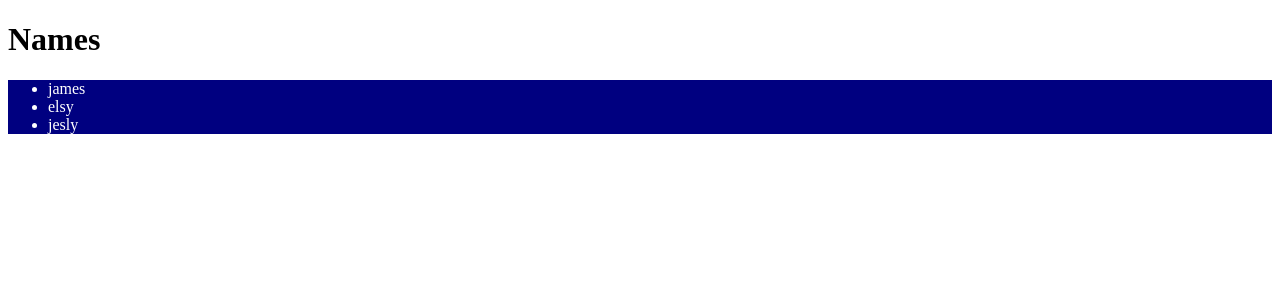
Repository: Sahanaranjith/php_projectgh
Page: http://localhost/names.php
These files come from the project's save history. The page is drawn as it stood at one moment and after a run of saves; the edit follows.
The browser window is 1280 px wide. The pictures show the whole page.
The page is run by PHP 8.4 with error messages shown; the project is at /var/www/html/.

Above is the page before, as saved 2022-12-14 12:58:32.

### names.php
<?php
$names=['james','elsy', 'jesly',];
?>


<!DOCTYPE html>
<html lang="en">
<head>
    <meta charset="UTF-8">
    <meta http-equiv="X-UA-Compatible" content="IE=edge">
    <meta name="viewport" content="width=device-width, initial-scale=1.0">
    <title>Document</title>
    <style>
        .some-names{
            background-color: navy;
            color: white;
        }
        .more-names{
            background-color: gray;
        }
    </style>
</head>
<body class="">
    <h1>Names</h1>
    <ul class="<?= count($names)> 3 ? 'more-names' : 'some-names' ?>">
        <?php foreach($names as $name){?>
            <li><?=$name ?></li>
            <?php }  ?>


    </ul>


</body>
</html>

 <?php



// $class = count($names)>3 ? "more-names": "some-names";

// $grade= $marks<40 ? "fail": "pass";

// if($marks<40){
//     $grade = "fail";
// }else{
//     $grade = "pass";
// }

//
// if(count($names)>3){
//   more-names
// }else{

// }

After the next 2 saves:
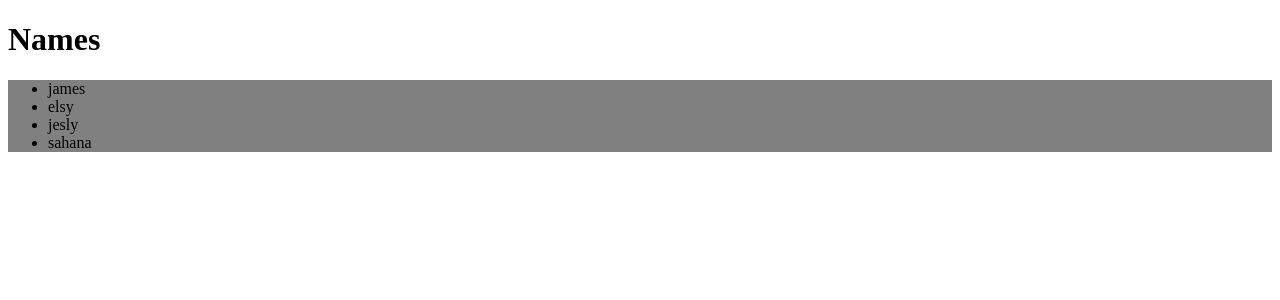
The 2 saves are shown as one change because they came seconds apart.
The last was saved 23 s later.
--- a/names.php
+++ b/names.php
@@ -1,5 +1,5 @@
 <?php
-$names=['james','elsy', 'jesly',];
+$names=['james','elsy', 'jesly','sahana'];
 ?>
 
 
